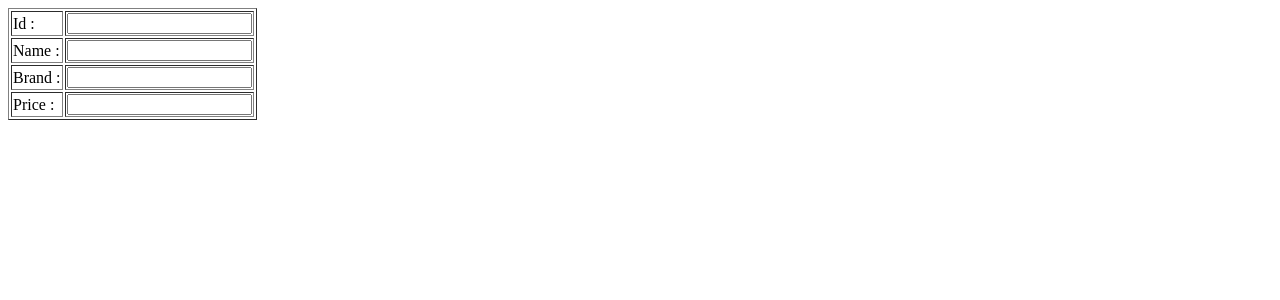
Repository: ragisd/J2EE
Page: http://localhost/cardekhowithservlets/add_car.jsp
The author's editor kept a copy of each file at every save. The page is drawn from the files as they stood at one save, then again after the next save.
The browser window is 1280 px wide. The pictures show the whole page.
The page is served by Tomcat 9.

Above is the page before, as saved 2024-03-08 15:23:01.

After the next save:
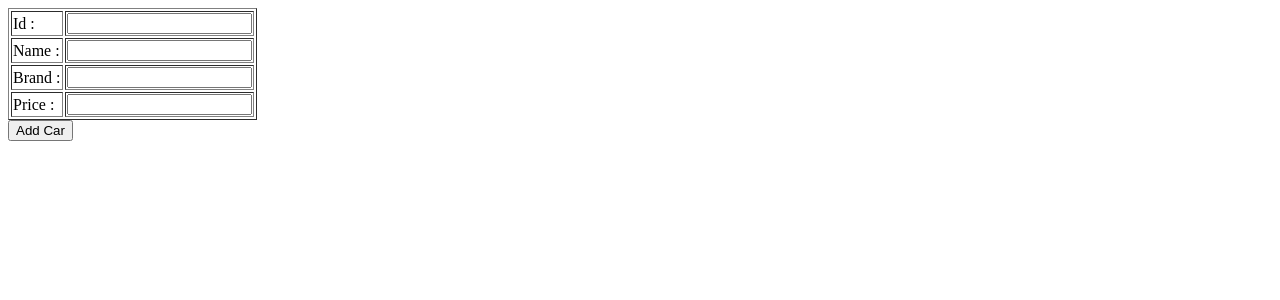
Saved 79 s later.
--- a/cardekhowithservlets/src/main/webapp/add_car.jsp
+++ b/cardekhowithservlets/src/main/webapp/add_car.jsp
@@ -25,8 +25,8 @@
 				<td>Price : </td>
 				<td><input type=text name="price"></td>
 			</tr>
-
 		</table>
+		<input type="submit" value="Add Car">
 	</form>
 </body>
 </html>
